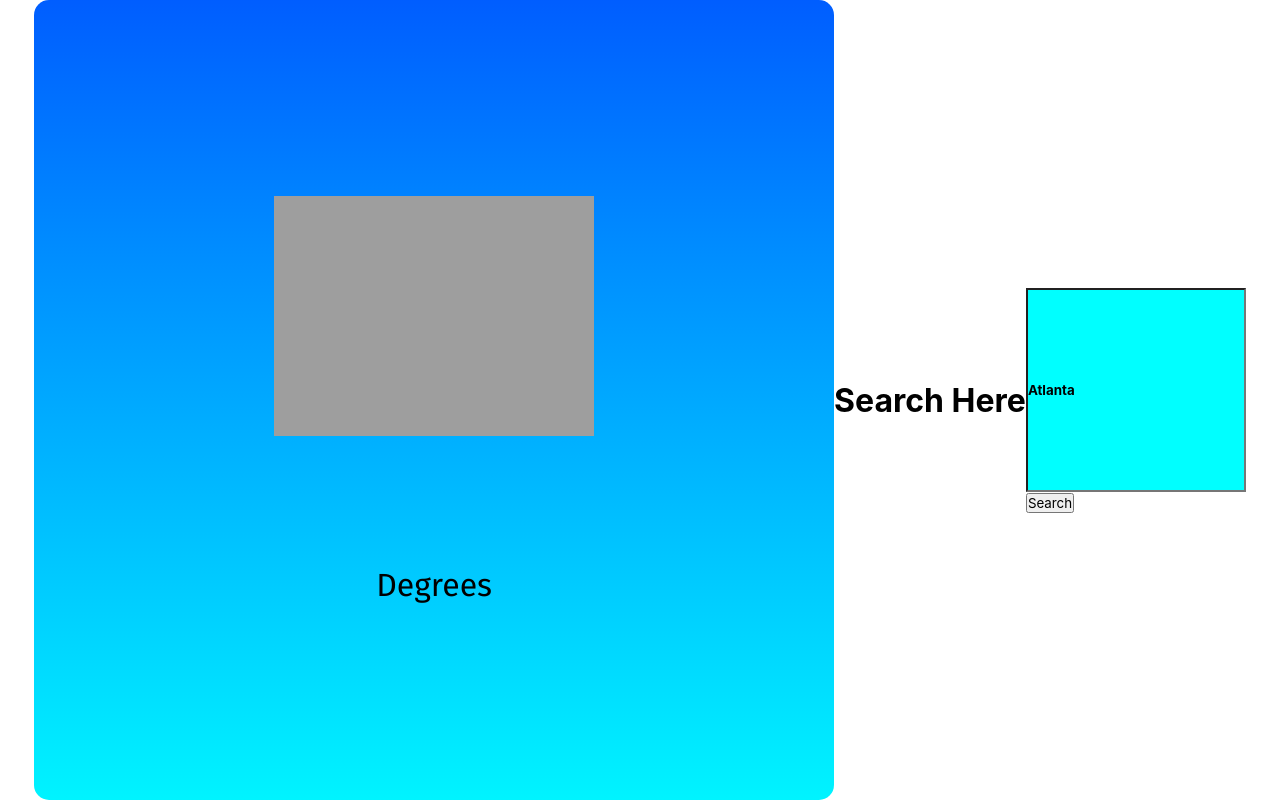
Repository: sayrilamar/chumsweatherapp
Page: /
An editor plug-in stored every save of this project. The page is shown before and after the next save, followed by the edit.
The browser window is 1280 px wide. The pictures show the whole page.
Pictures or frames that could not be fetched are drawn as grey boxes. The page's requests for data from a server got no answer. The project was rebuilt for these pictures with package versions that can differ from the ones it lists, and the page was loaded fresh each time. No one was signed in, and anything a server would have sent is missing.

Above is the page before, as saved 2020-04-18 16:56:50.

### src/index.css
* {
  margin: 0;
  padding: 0;
  font-family: -apple-system, BlinkMacSystemFont, 'Segoe UI', 'Roboto', 'Oxygen',
    'Ubuntu', 'Cantarell', 'Fira Sans', 'Droid Sans', 'Helvetica Neue',
    sans-serif;
  -webkit-font-smoothing: antialiased;
  -moz-osx-font-smoothing: grayscale;
}

### src/App.js
import React, {useState, useEffect} from "react";
import "./App.css";
import WeatherCard from "./components/WeatherCard/component.js";

function App() {
  const [query,
    setQuery] = useState("Atlanta");
  const [weather,
    setWeather] = useState({temp: null, city: null, condition: null, country: null, description: null});

  const data = async q => {
    const apiRes = await fetch(`http://api.openweathermap.org/data/2.5/weather?q=${q}&units=imperial&APPID=ab0ef440364092f54ff821ca2b803163`);
    const resJSON = await apiRes.json();
    return resJSON;
  };

  const handleSearch = e => {
    // data(query).then(res => console.log(res));
    e.preventDefault();
    data(query).then(res => {
      setWeather({temp: res.main.temp, city: res.name, condition: res.weather[0].main, country: res.sys.country, description: res.weather[0].description});
    });
  };

  // runs once the dom is loaded for the first time only, because there is no
  // variable being watched in the dependency array
  useEffect(() => {
    data(query).then(res => {
      setWeather({temp: res.main.temp, city: res.name, condition: res.weather[0].main, country: res.sys.country, description: res.weather[0].description});
    });
  }, []);

  return (
    <div className="App">
      <div>
        <WeatherCard
          temp={weather.temp}
          condition={weather.condition}
          city={weather.city}
          state={weather.country}
          description={weather.description}/>
      </div>
      <h1>Search Here</h1>
      <form>
        <div>
          <input
            className="input"
            value={query}
            onChange={e => setQuery(e.target.value)}/>
        </div>
        <div>
          <button onClick={e => handleSearch(e)}>Search</button>
        </div>
      </form>
    </div>
  );
}

export default App;

### src/App.css
@import url("https://fonts.googleapis.com/css?family=Merriweather|Fira+Sans&display=swap");

.App {
  margin: 0 auto;
  color: white;
  display: flex;
  justify-content: center;
  align-items: center;
}

h1 {
  color: black;
}

.input {
  background-color: aqua;
  font-weight: bold;
  height: 200px
}

### src/components/WeatherCard/component.js
import React from "react";
import styled from "@emotion/styled";
import Location from "./Location";
import Icon from "./Icon";
import Condition from "./Condition";

const WeatherCard = ({temp, condition, city, state, description}) => {
    let highColor = 0;
    let lowColor = 0;
    let bg = null;

    if (temp > 53.6) {
        highColor = (1 - (temp - 53.6) / 50.4) * 255;
        lowColor = highColor - 150;
        bg = `linear-gradient(
            to top,
            rgb(255, ${highColor}, 0),
            rgb(255, ${lowColor}, 0)
          )`;
    } else if (temp <= 53.6) {
        highColor = (1 - (temp + 4) / 89) * 255;
        lowColor = highColor - 150;
        bg = `linear-gradient(
            to top,
            rgb(0, ${highColor}, 255),
            rgb(0, ${lowColor}, 255)
          )`;
    }

    const Card = styled.div `
    margin: 0 auto;
    background: ${bg};
    width: 800px;
    height: 800px;
    display: flex;
    flex-direction: column;
    justify-content: space-around;
    align-items: center;
    border-radius: 15px;
  `;

    return (
        <Card>
            <Location city={city} state={state}/>
            <Icon condition={condition}/>
            <Condition temp={temp} condition={condition} description={description}/>
        </Card>
    );
};

export default WeatherCard;

### src/components/WeatherCard/Location.js
import React from "react";
import styled from "@emotion/styled";

const Location = ({city, state}) => {
  const Container = styled.div `
    text-align: center;
  `;

  const City = styled.h1 `
    font-family: "Merriweather", sans-serif;
    font-size: 1.6rem;
  `;

  const Country = styled.h3 `
    font-family: "Fira Sans", sans-serif;
    font-size: 1.1rem;
  `;

  return (
    <Container>
      <City>{city}</City>
      <Country>{state}</Country>
    </Container>
  );
};

export default Location;

### src/components/WeatherCard/Icon.js
import React from "react";
import styled from "@emotion/styled";

// https://openweathermap.org/weather-conditions
const Icon = ({condition}) => {
  let icon;
  switch (condition) {
    case "Clouds":
      icon = `02d@2x`;
      break;
    case "Clear":
      icon = `01d@2x`;
      break;
    case "Haze":
      icon = `50d@2x`;
      break;
    case "Fog":
      icon = `50d@2x`;
      break;
    case "Tornado":
      icon = `50d@2x`;
      break;
    case "Dust":
      icon = `50d@2x`;
      break;
    case "Mist":
      icon = `50d@2x`;
      break;
    case "Snow":
      icon = `13d@2x`;
      break;
    case "Rain":
      icon = `10d@2x`;
      break;
    case "Drizzle":
      icon = `11d@2x`;
      break;
    case "Thunderstorm":
      icon = `11d@2x`;
      break;
    default:
      icon = ``;
      break;
  }

  const Icon = styled.img `
    width: 40%;
  `;

  return (<Icon src={`http://openweathermap.org/img/wn/${icon}.png`} alt="Weather Icon"/>);
};

export default Icon;

### src/components/WeatherCard/Condition.js
import React, {Fragment} from "react";
import styled from "@emotion/styled";

const Condition = ({temp, condition, description}) => {
  const Temp = styled.h1 `
    font-family: "Fira Sans", sans-serif;
    font-size: 2rem;
    font-weight: 200;
  `;

  const State = styled.h3 `
    font-family: "Merriweather", sans-serif;
    font-size: 1.2rem;
  `;

  return (
    <Fragment>
      <Temp>
        {temp}
        Degrees
      </Temp>
      <State>{description}</State>
    </Fragment>
  );
};

export default Condition;

Loaded but not shown: public/index.html (common file); src/index.js (common file); src/serviceWorker.js (common file)

After the next save:
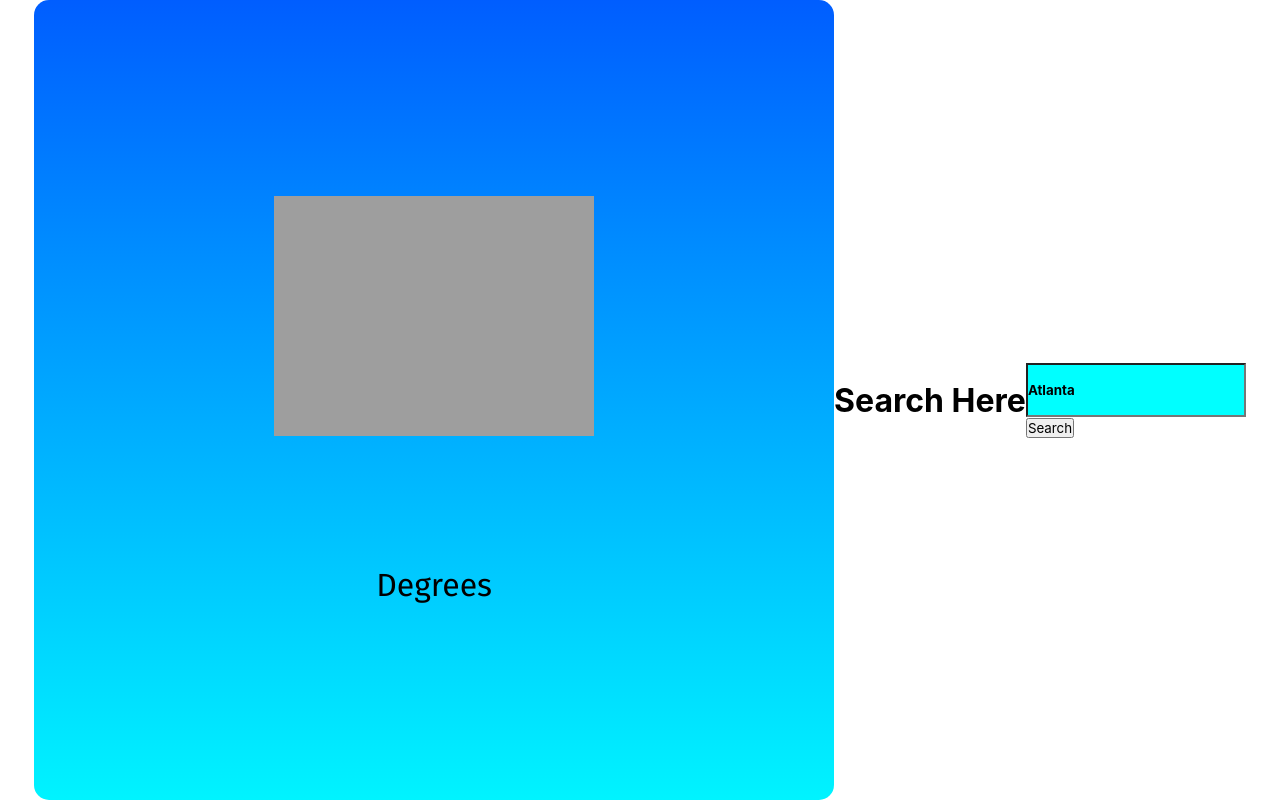
Saved 8 s later.
--- a/src/App.css
+++ b/src/App.css
@@ -15,5 +15,5 @@ h1 {
 .input {
   background-color: aqua;
   font-weight: bold;
-  height: 200px
+  height: 50px
 }
